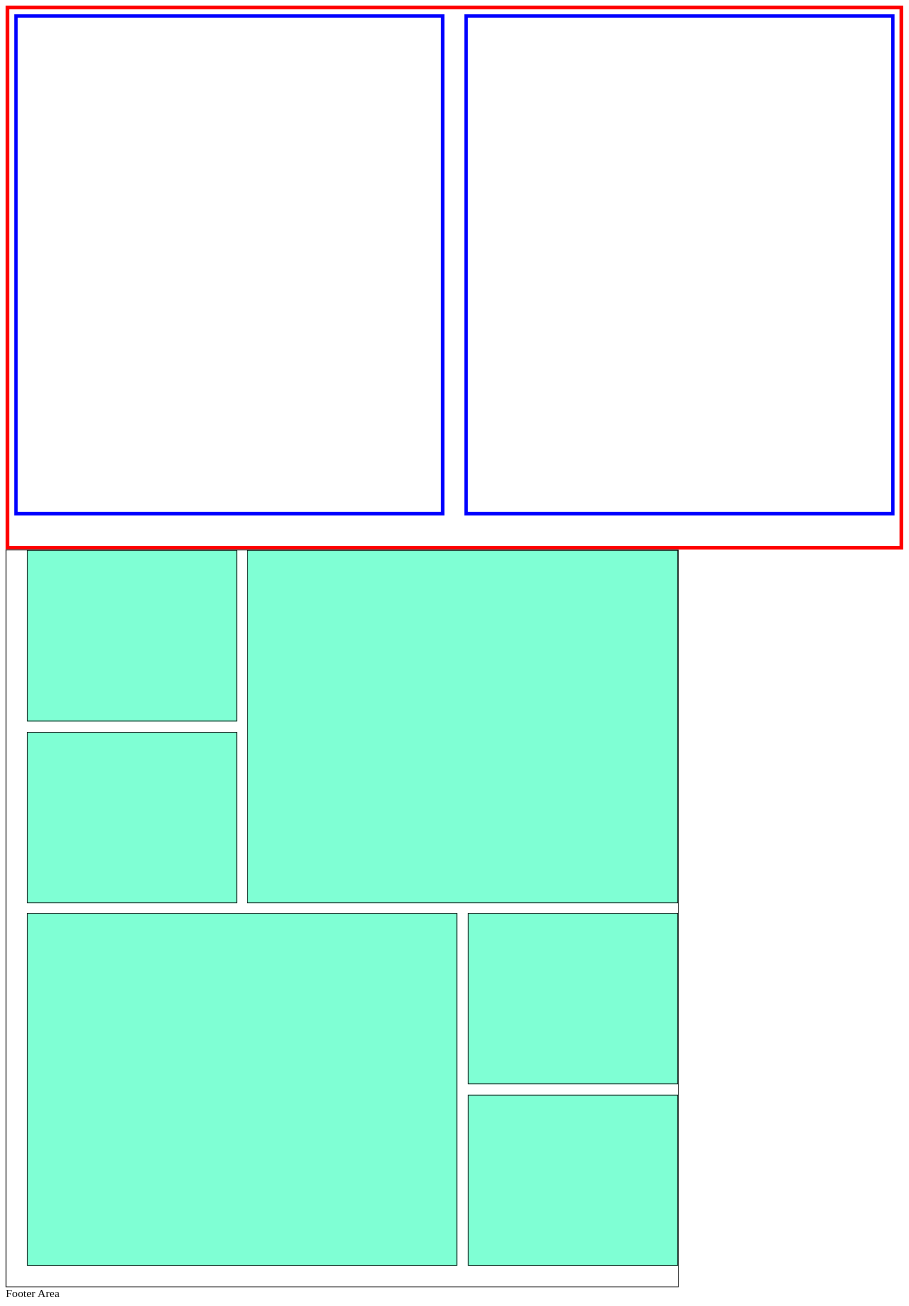
Repository: BwesewB/Brutalist-Website
Page: /
An editor plug-in stored every save of this project. The page is shown before and after the next save, followed by the edit.
The browser window is 1280 px wide. The pictures show the whole page, at 71% of full size.
The project was rebuilt for these pictures with package versions that can differ from the ones it lists, and the page was loaded fresh each time. The framework's server and built-in components were replaced by stand-ins that run in the browser. Also part of the build but not shown: next.config.mjs.

Above is the page before, as saved 2024-02-03 17:16:40.

After the next save:
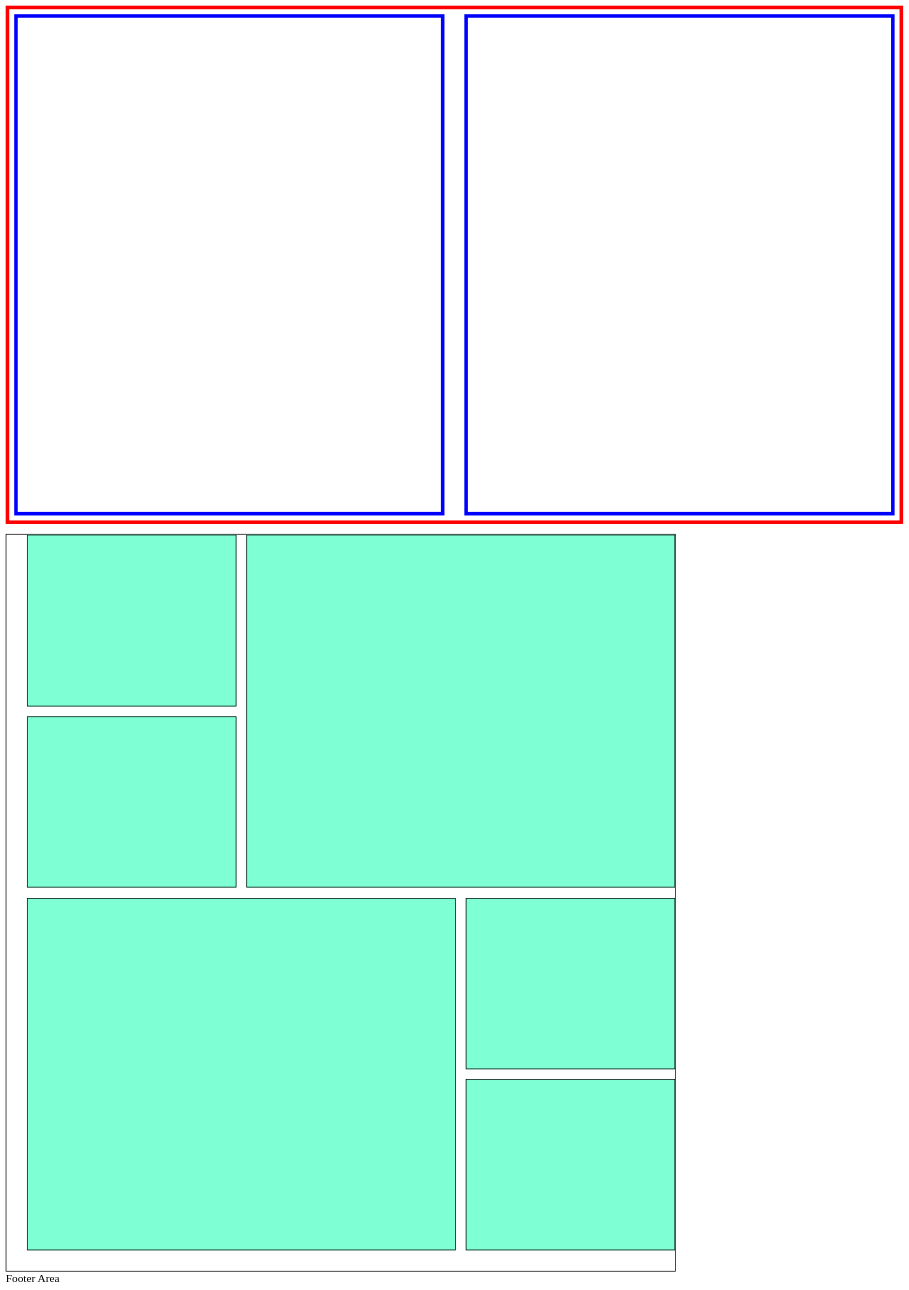
Saved 12 s later.
--- a/styles/Home.module.css
+++ b/styles/Home.module.css
@@ -1,6 +1,7 @@
 .main {
   display:grid;
   grid-template-columns: repeat(4, 1fr);
+  gap:2vh;
 }
 
 /* <div class="titlePage">
@@ -23,7 +24,6 @@
   display:grid;
   grid-template-columns: repeat(2, 1fr);
   gap:2vh;
-  padding-bottom:5vh;
 }
 .graphic, .inputArea{
   border: 5px solid blue;
